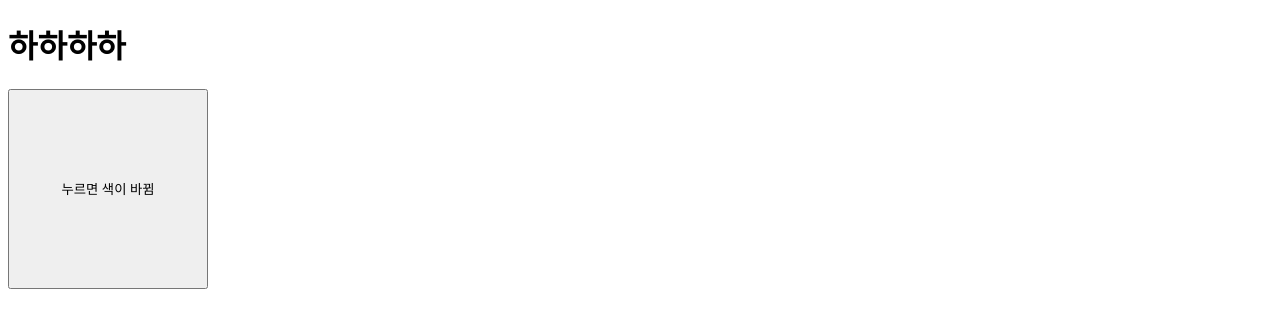
Repository: jun01270/F-E-practice
Page: index.html
An editor plug-in stored every save of this project. The page is shown before and after a run of saves, followed by the edit.
The browser window is 1280 px wide. The pictures show the whole page.

Above is the page before, as saved 2022-12-12 19:27:31.

After the next 2 saves:
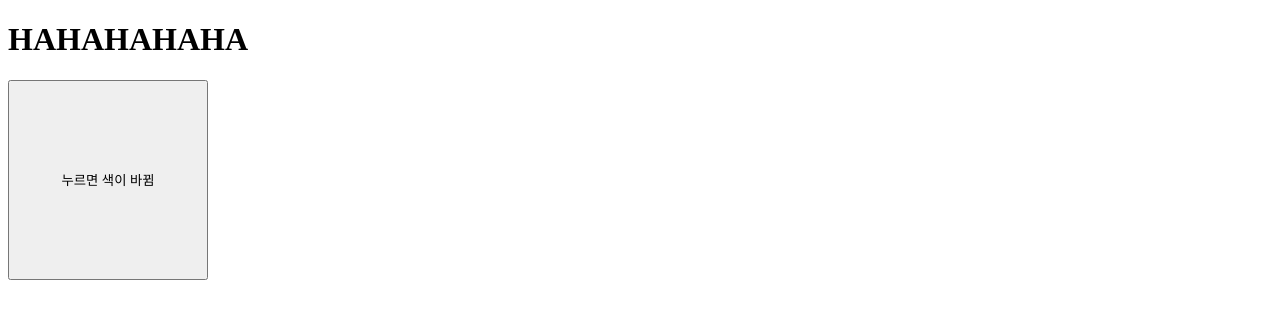
The 2 saves are shown as one change because they came seconds apart.
The last was saved 7 min 57 s later.
--- a/app.js
+++ b/app.js
@@ -1,16 +1,16 @@
 const title = document.querySelector(".first h1");
 
-title.innerText = "하하하하";
+// title.innerText = "하하하하";
 
-title.style.color;
+let titleColor = title.style.color;
 
 function afterClick() {
   console.log("CLick!!!");
   console.log(title);
-  if (title.style.color === "red") {
-    title.style.color = "Yellow";
+  if (titleColor === "red") {
+    titleColor = "Yellow";
   } else {
-    title.style.color = "red";
+    titleColor = "red";
   }
 }
 

After the 4 saves that followed:
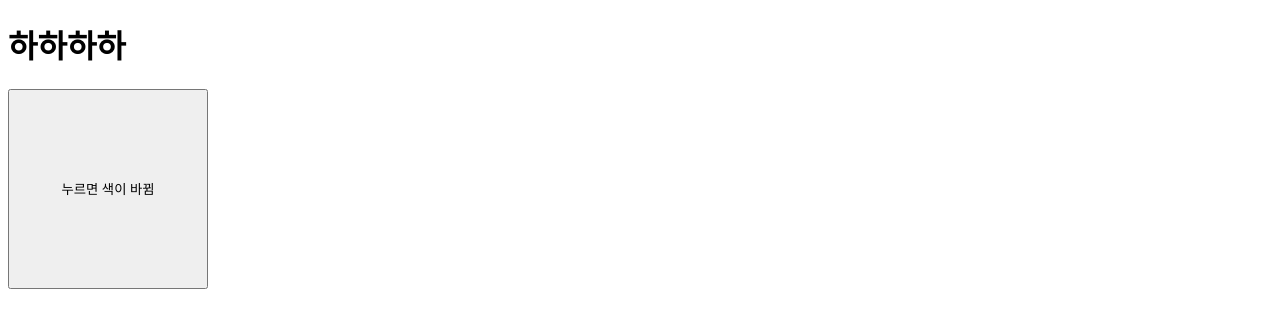
The 4 saves are shown as one change because 3 left the picture as it was.
The last was saved 73 s later.
--- a/app.js
+++ b/app.js
@@ -1,16 +1,16 @@
 const title = document.querySelector(".first h1");
 
-// title.innerText = "하하하하";
+title.innerText = "하하하하";
 
-let titleColor = title.style.color;
+title.style.color;
 
 function afterClick() {
   console.log("CLick!!!");
   console.log(title);
-  if (titleColor === "red") {
-    titleColor = "Yellow";
+  if (title.style.color === "red") {
+    title.style.color = "Yellow";
   } else {
-    titleColor = "red";
+    title.style.color = "red";
   }
 }
 
